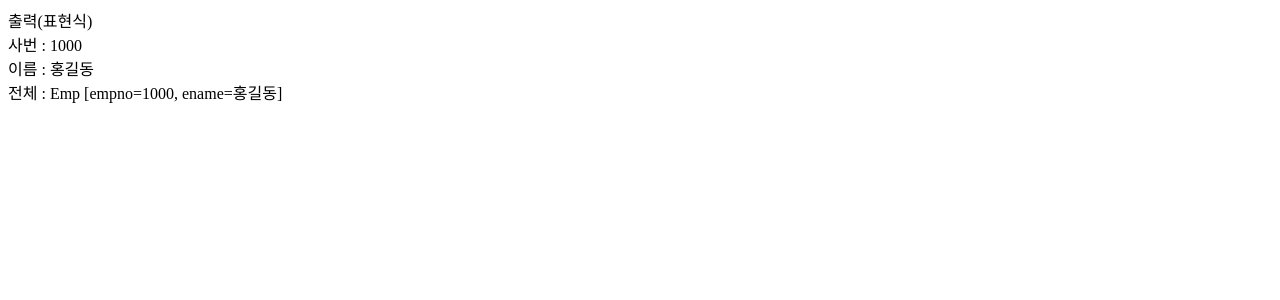
Repository: wook-dragon/wook_dragon
Page: http://localhost/WebJSP/Ex03_JavaCode.jsp
The author's editor kept a copy of each file at every save. The page is drawn from the files as they stood at one save, then again after the next save.
The browser window is 1280 px wide. The pictures show the whole page.
The page is served by Tomcat 9.

Above is the page before, as saved 2019-10-23 05:32:44.

### WebJSP/JSPLab/WebJSP/WebContent/Ex03_JavaCode.jsp
<%@page import="kr.or.bit.Emp"%>
<%@ page language="java" contentType="text/html; charset=UTF-8"
    pageEncoding="UTF-8"%>
<%
	Emp e = new Emp();
	e.setEmpno(1000);
	e.setEname("홍길동");
%>
<!DOCTYPE html>
<html>
<head>
<meta charset="UTF-8">
<title>Insert title here</title>
</head>
<body>
출력(표현식)<br>
사번 : <%=e.getEmpno() %><br>
이름 : <%=e.getEname() %><br>
전체 : <%=e.toString() %><br>
</body>
</html>

### WebJSP/JSPLab/WebJSP/src/kr/or/bit/Emp.java
package kr.or.bit;

public class Emp {
	private int empno;
	private String ename;
	public int getEmpno() {
		return empno;
	}
	public void setEmpno(int empno) {
		this.empno = empno;
	}
	public String getEname() {
		return ename;
	}
	public void setEname(String ename) {
		this.ename = ename;
	}
	@Override
	public String toString() {
		return "Emp [empno=" + empno + ", ename=" + ename + "]";
	}
}

After the next save:
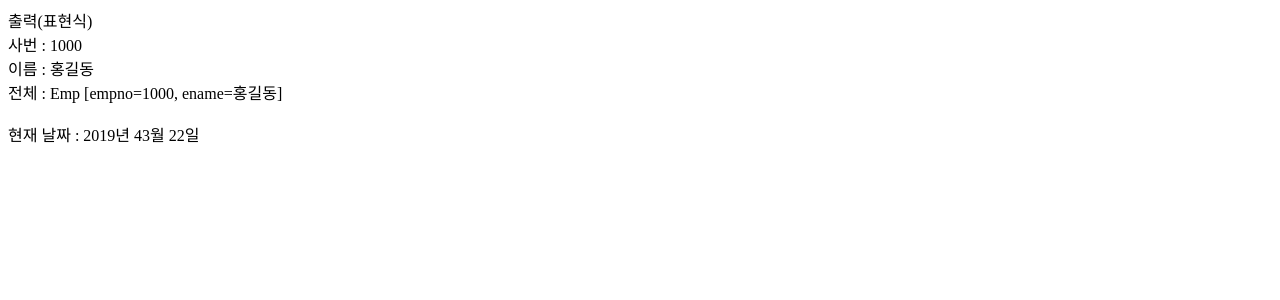
Saved 3 min 51 s later.
--- a/WebJSP/JSPLab/WebJSP/WebContent/Ex03_JavaCode.jsp
+++ b/WebJSP/JSPLab/WebJSP/WebContent/Ex03_JavaCode.jsp
@@ -1,3 +1,4 @@
+<%@page import="java.util.Calendar"%>
 <%@page import="kr.or.bit.Emp"%>
 <%@ page language="java" contentType="text/html; charset=UTF-8"
     pageEncoding="UTF-8"%>
@@ -5,6 +6,10 @@
 	Emp e = new Emp();
 	e.setEmpno(1000);
 	e.setEname("홍길동");
+	Calendar cal = Calendar.getInstance();
+	int year = cal.get(Calendar.YEAR);
+	int month = cal.get((Calendar.MONTH)+1);
+	int date = cal.get(Calendar.DATE);
 %>
 <!DOCTYPE html>
 <html>
@@ -17,5 +22,7 @@
 사번 : <%=e.getEmpno() %><br>
 이름 : <%=e.getEname() %><br>
 전체 : <%=e.toString() %><br>
+<br>
+현재 날짜 : <%=year %>년 <%=month %>월 <%=date %>일
 </body>
 </html>
